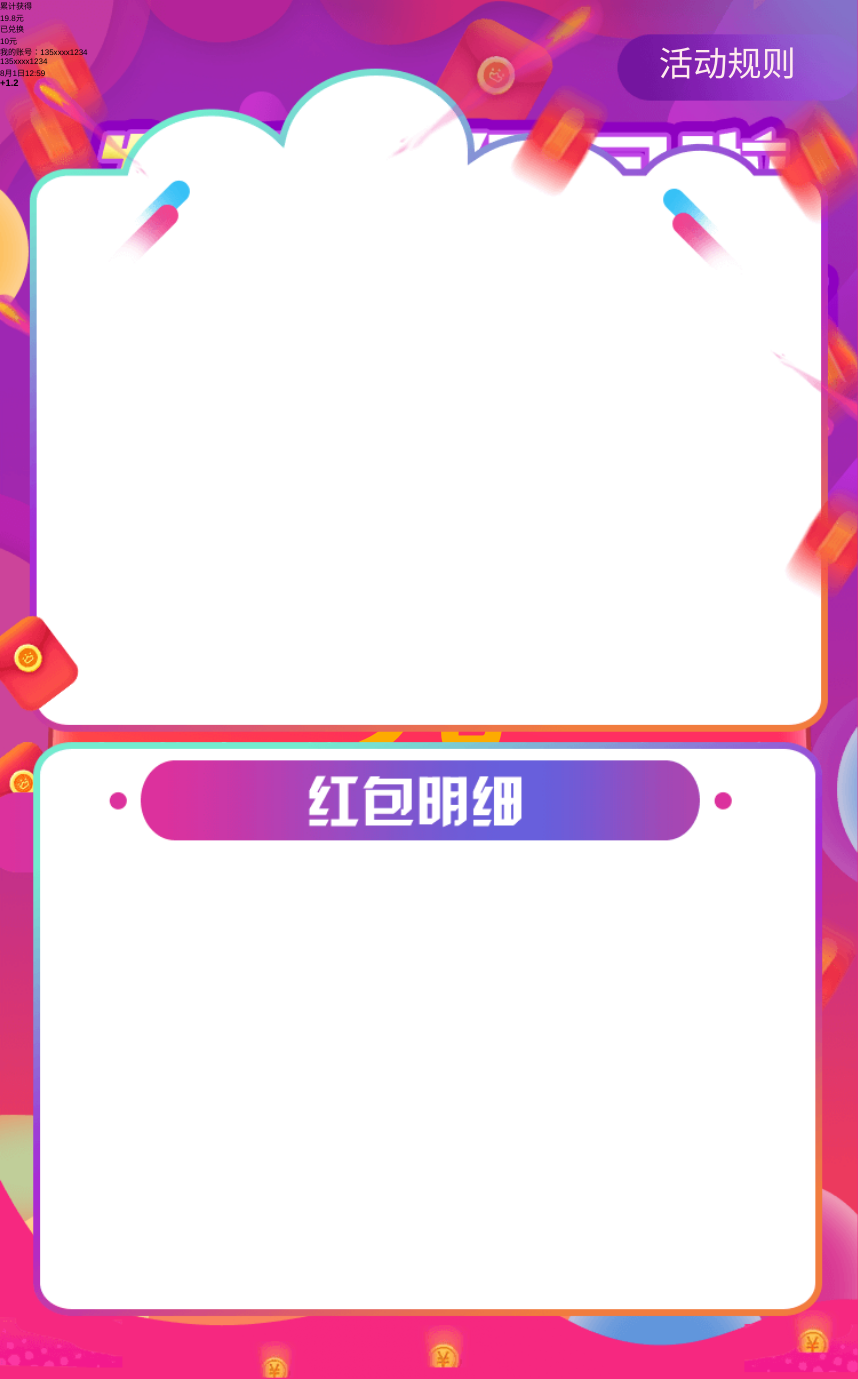
Repository: wangbiaozy/hb
Page: index.html
The author's editor kept a copy of each file at every save. The page is drawn from the files as they stood at one save, then again after the next save.
The browser window is 1280 px wide. The pictures show the whole page, at 67% of full size.

Above is the page before, as saved 2018-08-15 17:47:54.

### index.html
<!DOCTYPE html>
<html lang="en">
<head>
    <meta charset="UTF-8">
    <meta name="viewport" content="width=device-width, initial-scale=1.0, maximum-scale=1.0, minimum-scale=1.0, user-scalable=no, viewport-fit=cover">
    <meta http-equiv="X-UA-Compatible" content="ie=edge">
    <title>Document</title>
    <link rel="stylesheet" href="css/reset.min.css">
    <link rel="stylesheet/less" href="css/styles.less">
    <script src="js/less-1.7.0.min.js"></script>
</head>
<body>
    <section class="main">
        <a id="rule_btn" href="javascript:void(0)">活动规则</a>
        <!-- 首页 -->
        <div class="f_page">
                <p>已经有<span>xxxx</span>人拿到10元话费</p>
                <a id="cj" href="javascript:void(0)"></a>
                <a href="">赚钱攻略在此>></a>
        </div>
        <!-- 获得话费红包页 -->
        <div class="result">
            <p><span id="moneyText"></span>元</p>
            <a href="javascript:void(0)"></a>
        </div>
        <!-- 红包余额页 -->
        <div class="balance">
            <a href="javascript:void(0)"></a>
            <h2><span>6.8</span>元</h2>
            <p>满10元可兑</p>
            <p>可兑换到账号：<span>135xxxx1234</span></p>
            <div>
                <a href="javascript:void(0)">兑换</a>
                <span>1</span>
            </div>
            <div>
                <p>我的邀请码：<span>A10287</span></p>
                <a href="javascript:void(0)">复制邀请码</a>
            </div>
            <a href="javascript:void(0)"></a>
        </div>
        <!-- 红包明细页 -->
        <div class="detail">
            <div>
                <ul>
                    <li>累计获得</li>
                    <li><span>19.8</span>元</li>
                </ul>
                <ul>
                    <li>已兑换</li>
                    <li><span>10</span>元</li>
                </ul>
            </div>
            <p>我的账号：<span>135xxxx1234</span></p>
            <a href="javascript:void(0)"></a>
            <ul>
                <li>
                    <p>135xxxx1234</p>
                    <p><span>8月1日</span><span>12:59</span></p>
                    <h3>+1.2</h3>
                </li>
            </ul>
        </div>


    </section>

    <!-- 活动规则弹窗 -->
    <section class="rule">
        <a href="javascript:void(0)"></a>
        <ul>
            <li>1.活动期间，用户通过10086App开屏页，首页轮播图进入活动，领取10元的话费红包。自己可拆开随机金，剩余金额需分享并邀请好友帮忙拆开，每位可帮忙拆开随机金额，全部拆完即可兑换话费。</li>
            <li>2.邀请拆  红包的好友需为新注册10086App的用户，好友在活动页面输入邀请人的邀请码才能成功帮好友拆开红包，好友帮助拆开红包后同时可获得一个话费红包。</li>
            <li>3.用户需在当前红包全部拆完后，才可开启下一个红包。</li>
            <li>4.活动期间一经发现违规等恶意操作等作弊行为将取消获奖资格。</li>
            <li>5.活动期间，用户需持续下载并的登陆110086App，否则话费奖品无法发放。</li>
        </ul>
        <a href="javascript:void(0)"></a>
    </section>
    <!-- 遮罩层 -->
    <section class="mask" id="mask"></section>
</body>
</html>
<script src="js/jquery-1.10.1.min.js"></script>
<script src="js/index.js"></script>

### css/reset.min.css
@charset "utf-8";
/*默认样式清除和初始化*/
body,h1,h2,h3,h4,h5,h6,hr,p,blockquote,dl,dt,dd,ul,ol,li,button,input,textarea,th,td{margin:0;padding:0}body{font-size:12px;font-style:normal;font-family:"\5FAE\8F6F\96C5\9ED1",Helvetica,sans-serif}small{font-size:12px}h1{font-size:18px}h2{font-size:16px}h3{font-size:14px}h4,h5,h6{font-size:100%}ul,ol{list-style:none}a{text-decoration:none;background-color:transparent}a:hover,a:active{outline-width:0;text-decoration:none}table{border-collapse:collapse;border-spacing:0}hr{border:0;height:1px}img{border-style:none}img:not([src]){display:none}svg:not(:root){overflow:hidden}html{-webkit-touch-callout:none;-webkit-text-size-adjust:100%}input,textarea,button,a{-webkit-tap-highlight-color:rgba(0,0,0,0)}article,aside,details,figcaption,figure,footer,header,main,menu,nav,section,summary{display:block}audio,canvas,progress,video{display:inline-block}audio:not([controls]),video:not([controls]){display:none;height:0}progress{vertical-align:baseline}mark{background-color:#ff0;color:#000}sub,sup{position:relative;font-size:75%;line-height:0;vertical-align:baseline}sub{bottom:-0.25em}sup{top:-0.5em}button,input,select,textarea{font-size:100%;outline:0}button,input{overflow:visible}button,select{text-transform:none}textarea{overflow:auto}button,html [type="button"],[type="reset"],[type="submit"]{-webkit-appearance:button}button::-moz-focus-inner,[type="button"]::-moz-focus-inner,[type="reset"]::-moz-focus-inner,[type="submit"]::-moz-focus-inner{border-style:none;padding:0}button:-moz-focusring,[type="button"]:-moz-focusring,[type="reset"]:-moz-focusring,[type="submit"]:-moz-focusring{outline:1px dotted ButtonText}[type="checkbox"],[type="radio"]{box-sizing:border-box;padding:0}[type="number"]::-webkit-inner-spin-button,[type="number"]::-webkit-outer-spin-button{height:auto}[type="search"]{-webkit-appearance:textfield;outline-offset:-2px}[type="search"]::-webkit-search-cancel-button,[type="search"]::-webkit-search-decoration{-webkit-appearance:none}::-webkit-input-placeholder{color:inherit;opacity:.54}::-webkit-file-upload-button{-webkit-appearance:button;font:inherit}.clear:after{display:block;height:0;content:"";clear:both}
*{ -webkit-tap-highlight-color: rgba(0,0,0,0);-webkit-tap-highlight-color: transparent; /* For some Androids */ }

### js/index.js
(function (doc, win) {
    var docEl = doc.documentElement,
        resizeEvt = 'orientationchange' in window ? 'orientationchange' : 'resize',
        recalc = function () {
            var clientWidth = docEl.clientWidth;
            if (!clientWidth) return;
            docEl.style.fontSize = 100 * (clientWidth / 750) + 'px';
        };
    if (!doc.addEventListener) return;
    win.addEventListener(resizeEvt, recalc, false);
    doc.addEventListener('DOMContentLoaded', recalc, false);
})(document, window);
$(function () {

    //显示非中奖页背景
    function showFirstPageBg(){
        $('.main').removeClass('result');
    }
    //显示中奖页背景
    function showResultPageBg(){
        $('.main').addClass('result');
    }
    //显示活动规则弹窗
    $('#rule_btn').on('click',function(){
        $('.rule').show();
        showMask();
    });
    //关闭活动规则弹窗
    function hideRuleModel(){
        $('.rule').hide();
        hideMask();
    }
    $('.rule').on('click','a',function(){
        hideRuleModel();
    })

    //首页抽红包按钮
    $('#cj').on('click',function(){
        //奖品金额随机数
        var num = (Math.random()*9+1).toFixed(2);
        $('#moneyText').text(num);
        $('.result').show();
        $('.f_page').hide();
        showResultPageBg();
    });

    //显示红包余额页
    function showBalancePage(){
        $('.balance').show();
        $('.balance').siblings('div').hide();
    }
    //showBalancePage();
    //隐藏红包余额页
    function hideBalancePage(){
        $('.balance').hide();
        $('.balance').siblings('div').show();
    }
    hideBalancePage();



    //显示弹窗
    function showModel(){
        $('.model').show();
        showMask();
    }

    //关闭弹窗
    $('.close').on('click',function(){
        $(this).parent().parent().hide();
        hideMask();
    });
    //显示遮罩层
    function showMask(){
        $("#mask").css("height",$(document).height());
        $("#mask").css("width",$(document).width());
        $("#mask").show();
        $('body').css('position','fixed');
    }
    //隐藏遮罩层
    function hideMask(){
        $("#mask").hide();
        $('body').css('position','unset');
    }
});

Loaded but not shown: js/less-1.7.0.min.js (library); js/jquery-1.10.1.min.js (library)

After the next save:
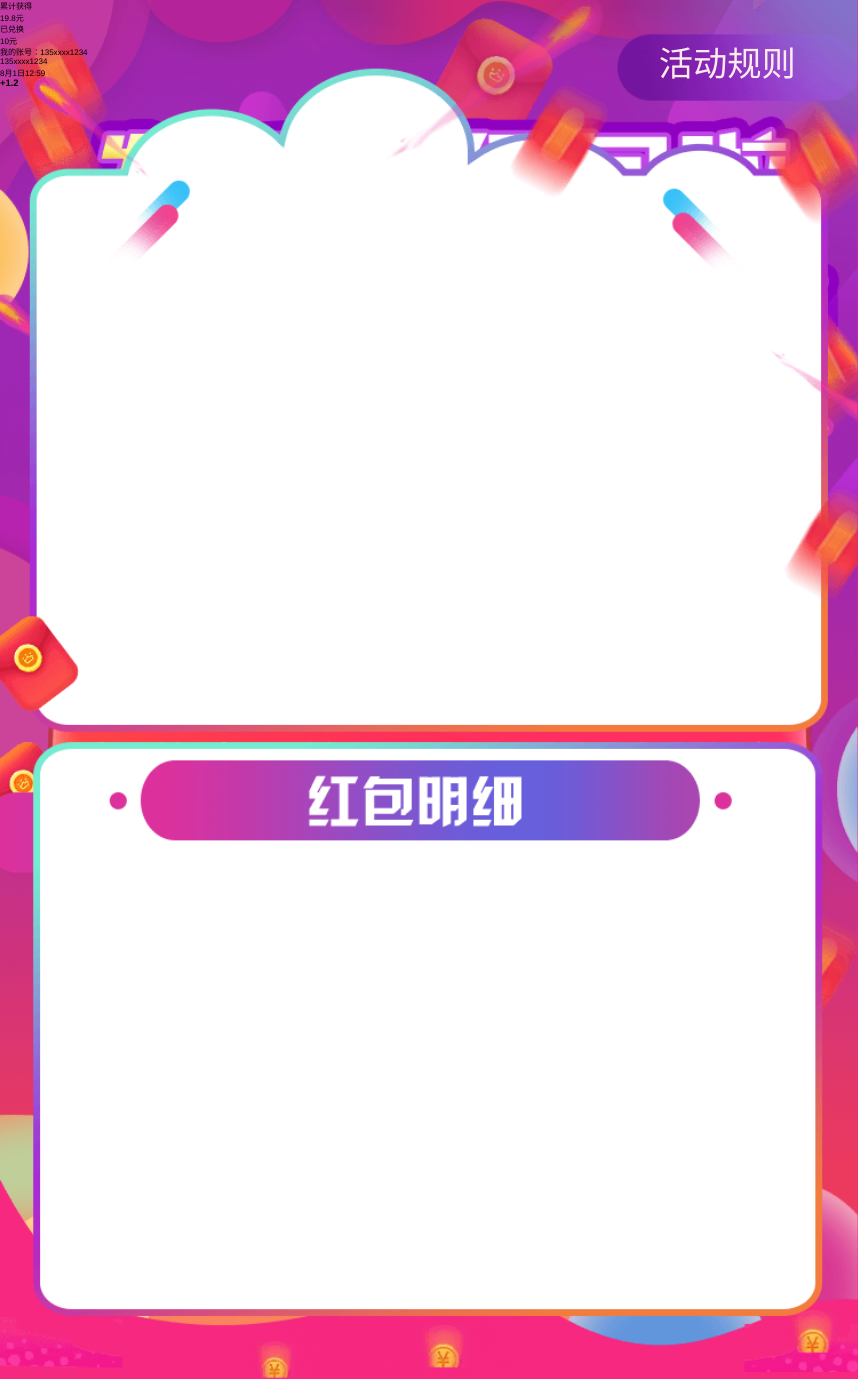
Saved 25 s later.
--- a/js/index.js
+++ b/js/index.js
@@ -53,7 +53,6 @@ $(function () {
     //隐藏红包余额页
     function hideBalancePage(){
         $('.balance').hide();
-        $('.balance').siblings('div').show();
     }
     hideBalancePage();
 
